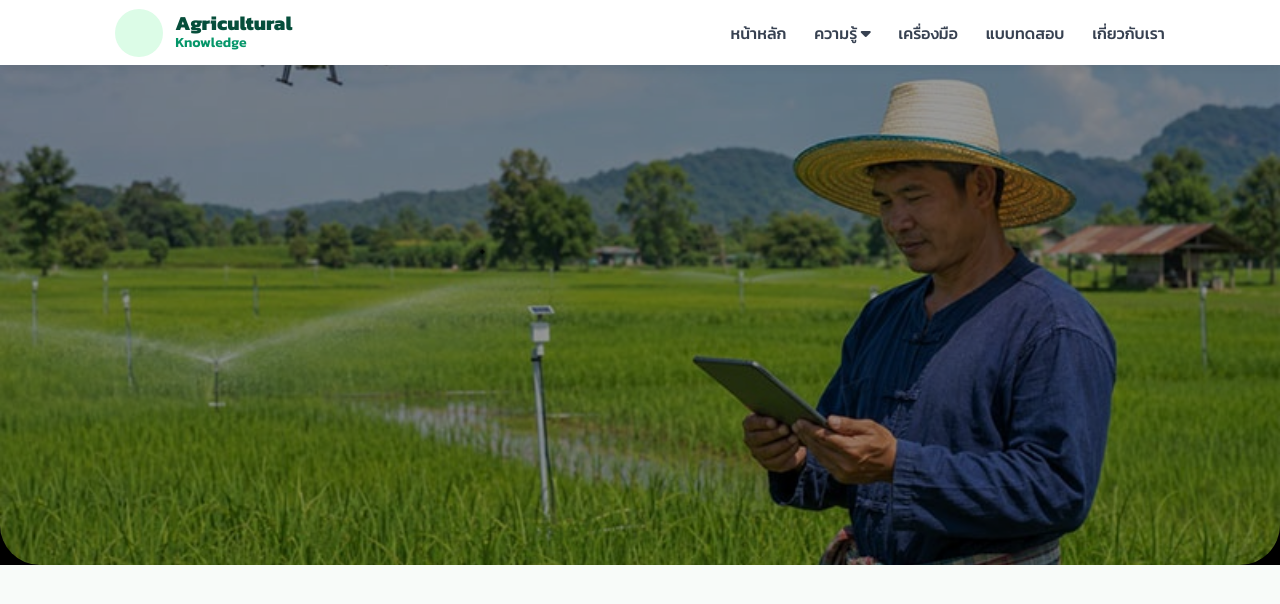
Repository: nuwat-wa/Project-WebdesignAG
Page: ag1.html
The author's editor kept a copy of each file at every save. The page is drawn from the files as they stood at one save, then again after the next save.
The browser window is 1280 px wide. The pictures show the whole page.

Above is the page before, as saved 2026-09-24 17:19:04.

After the next save:
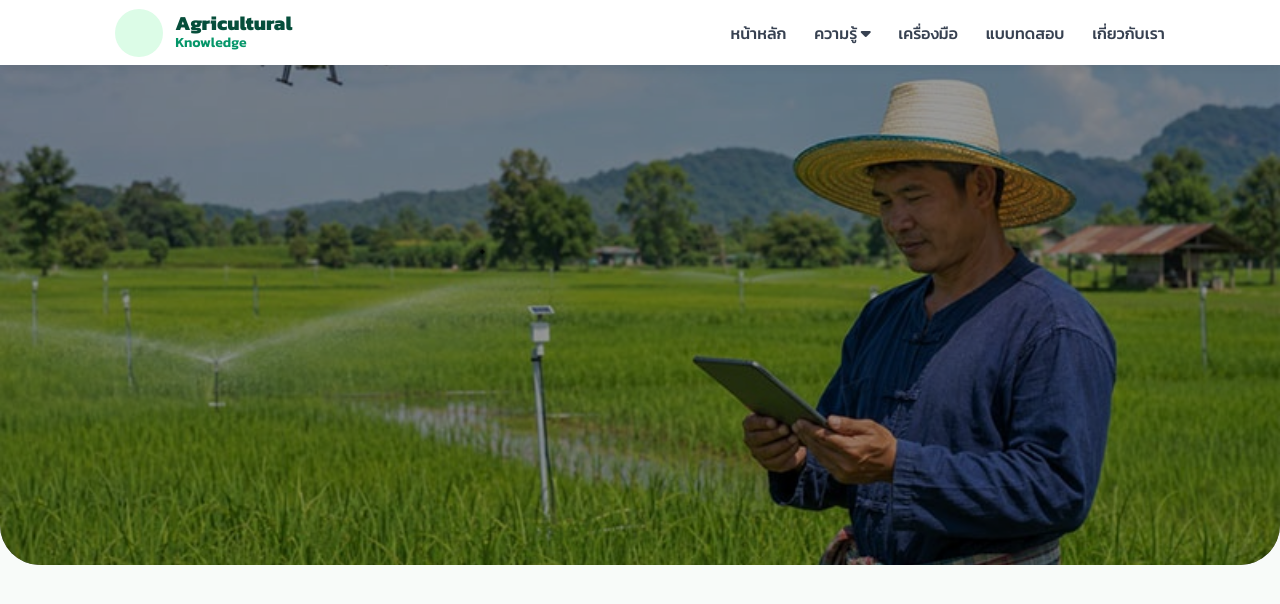
Saved 24 s later.
--- a/ag1.css
+++ b/ag1.css
@@ -79,6 +79,7 @@ body {
   width: 100vw;
   margin-top: 65px;
   background-color: black;
+  border-radius: 0px 0px 40px 40px;
 }
 
 .helo img {
